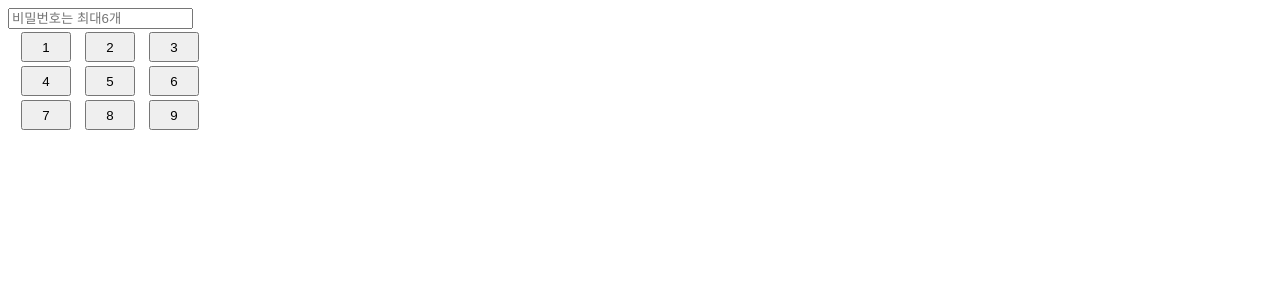
Repository: JungYOsup/Mini_project
Page: http://localhost/EsCape_Room/result_form.jsp
The author's editor kept a copy of each file at every save. The page is drawn from the files as they stood at one save, then again after the next save.
The browser window is 1280 px wide. The pictures show the whole page.
The page is served by Tomcat 9.

Above is the page before, as saved 2018-01-15 09:01:05.

After the next save:
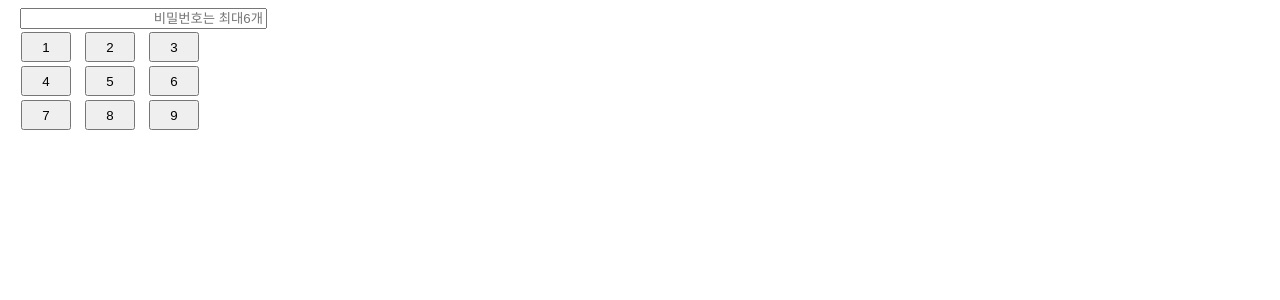
Saved 35 s later.
--- a/EsCape_Room/WebContent/result_form.jsp
+++ b/EsCape_Room/WebContent/result_form.jsp
@@ -59,7 +59,7 @@ table input{
 <title>Insert title here</title>
 </head>
 <body>
-	<input type="text" name="text" id="a" readonly="readonly" placeholder="비밀번호는 최대6개">
+	<input type="text" name="text" id="input" readonly="readonly" placeholder="비밀번호는 최대6개">
 	<table>
 
 		<tr>
